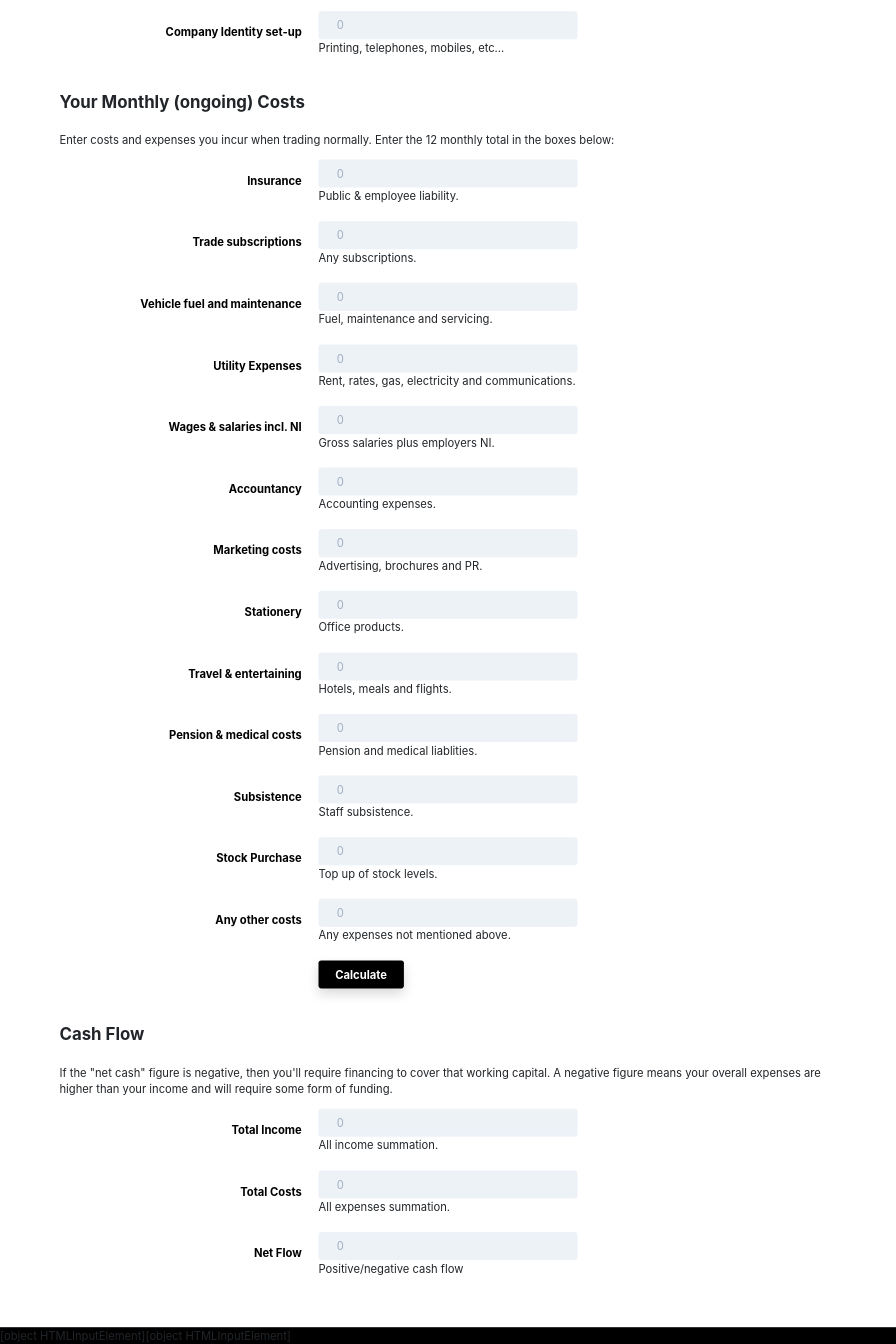
Repository: latenightsnacc/Financial-Forecast
Page: financial-forecast.html
An editor plug-in stored every save of this project. The page is shown before and after the next save, followed by the edit.
The browser window is 1280 px wide. The pictures show the part of the page from y = 1070 to 2990 px (the page is 2990 px tall before and 2966 px after), at 70% of full size.

Above is the page before, as saved 2020-11-22 19:00:34.

After the next save:
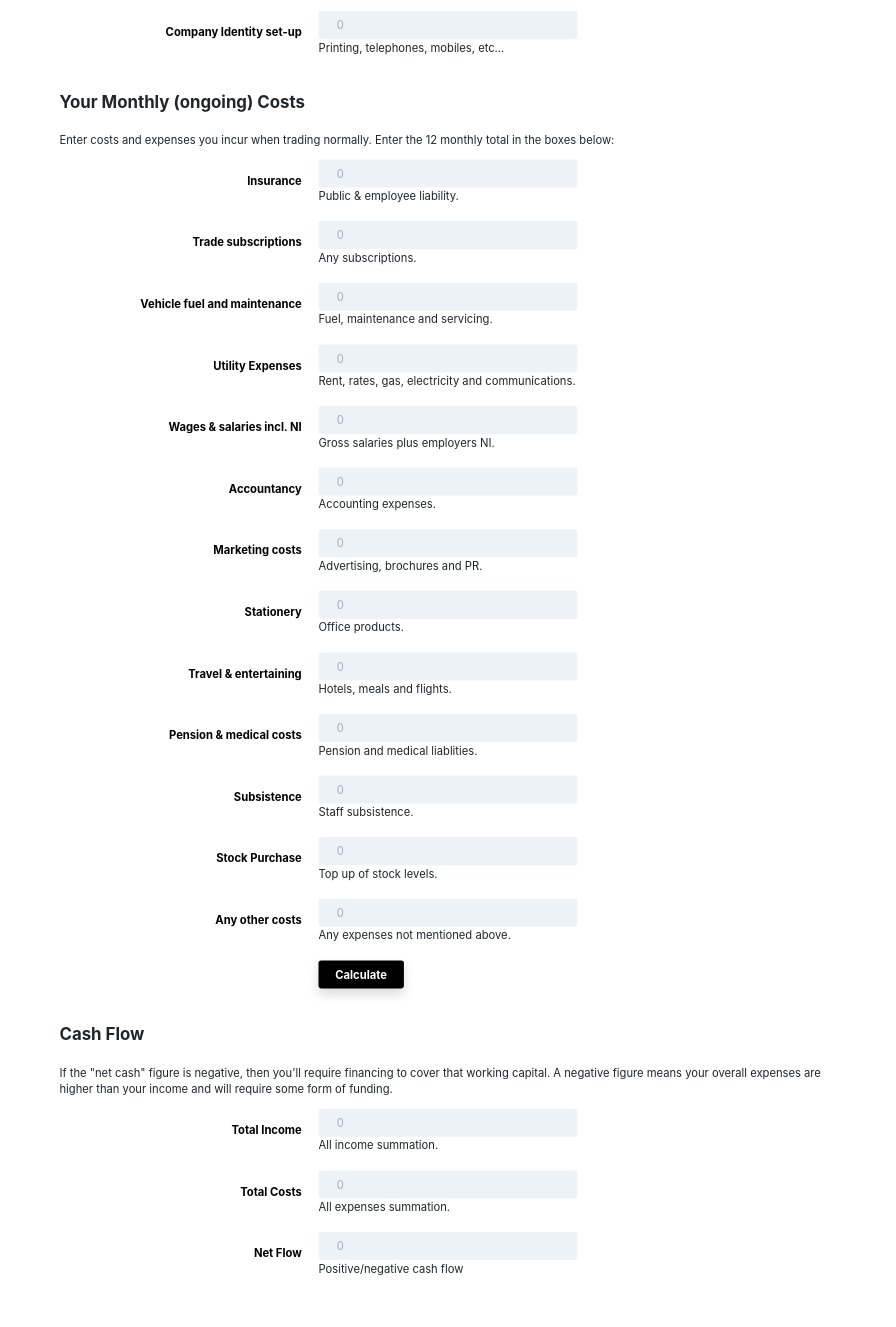
Console error: ReferenceError: element is not defined
Saved 2 min 20 s later.
--- a/main.js
+++ b/main.js
@@ -3,4 +3,7 @@ let otherIncome = document.getElementById('other-income');
 let otherCosts = document.getElementById('other-cost');
 let totalIncome = document.getElementById('total-income');
 
+element.addEventListener('click', function(){
+	console.log("click");
+});
 totalIncome = document.write(salesIncome + otherIncome);
